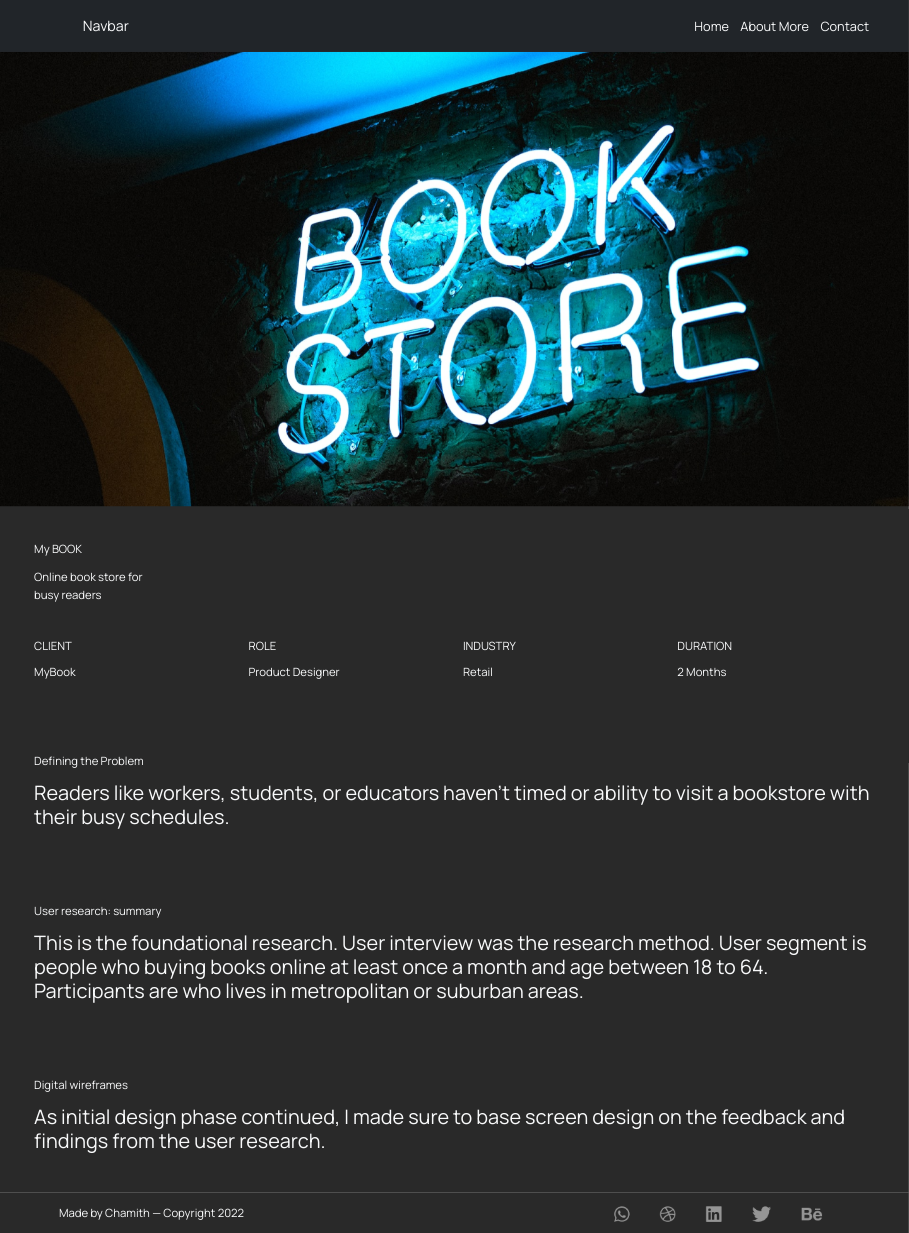
Repository: Realchamithweb/chamith-html
Page: work.html
An editor plug-in stored every save of this project. The page is shown before and after the next save, followed by the edit.
The browser window is 1280 px wide. The pictures show the whole page, at 71% of full size.

Above is the page before, as saved 2023-01-24 07:26:47.

### work.html
<!doctype html>
<html lang="en">
  <head>
    <!-- Required meta tags -->
    <meta charset="utf-8">
    <meta name="viewport" content="width=device-width, initial-scale=1">
    <link rel="stylesheet" href="/css/style.css">
    <!-- Bootstrap CSS -->
    <link href="https://cdn.jsdelivr.net/npm/bootstrap@5.0.2/dist/css/bootstrap.min.css" rel="stylesheet" integrity="sha384-EVSTQN3/azprG1Anm3QDgpJLIm9Nao0Yz1ztcQTwFspd3yD65VohhpuuCOmLASjC" crossorigin="anonymous">
    <link rel="stylesheet" href="https://fonts.googleapis.com/css?family=Manrope">
    <title>Hello, world!</title>
  </head>
  <body>
    <div class="main">
            <div class="head">
                <nav class="navbar navbar-expand-lg navbar-light bg-dark">
                    <div class="container-fluid">
                        <div class="col-md-1"></div>
                    <a class="navbar-brand col-md-8 text-light" href="/index.html">Navbar</a>
                    <button class="navbar-toggler" type="button" data-bs-toggle="collapse" data-bs-target="#navbarNavDropdown" aria-controls="navbarNavDropdown" aria-expanded="false" aria-label="Toggle navigation">
                        <span class="navbar-toggler-icon"></span>
                    </button>
                    <div class="collapse navbar-collapse" id="navbarNavDropdown">
                        <ul class="navbar-nav">
                        <li class="nav-item">
                            <a class="nav-link active text-light" aria-current="page" href="/index.html">Home</a>
                        </li>
                        <li class="nav-item">
                            <a class="nav-link text-light" href="/work.html">About More</a>
                        </li>
                        <li class="nav-item">
                            <a class="nav-link text-light" href="/contact.html">Contact</a>
                        </li>
                        </ul>
                    </div>
                    </div>
                </nav>
            </div>
            <section>
                <div class="row">
                    <img src="/inc/work-top.png" class="work-hero">
                </div>
            </section>
            <section>
                <div class="row">
                    <div class="container-fluid text-light ms-5 mt-5">
                        <p>My BOOK</p>
                        <h>Online book store for<br>
                            busy readers </h3>
                    </div>
                </div>
                <div class="row p-5">
                        <div class="col-lg-3 text-light">
                            <p>CLIENT</p>
                            <h6>MyBook</h6>
                        </div>
                        <div class="col-lg-3 text-light">
                            <p>ROLE</p>
                            <h6>Product Designer</h6>
                        </div>
                        <div class="col-lg-3 text-light">
                            <p>INDUSTRY</p>
                            <h6>Retail</h6>
                        </div>
                        <div class="col-lg-3 text-light">
                            <p>DURATION</p>
                            <h6>2 Months</h6>
                        </div>
                </div>
            </section>
            <section>
                <div class="row p-5">
                    <div class="col-lg-12 text-light">
                        <p>Defining the Problem</p>
                        <h3>Readers like workers, students, or educators haven't timed or ability to visit a bookstore with their busy schedules.</h3>
                    </div>
                </div>
            </section>
            <section>
                <div class="row p-5">
                    <div class="col-lg-12 text-light">
                        <p>User research: summary</p>
                        <h3>This is the foundational research. User interview was the research method. User segment is people who buying books online at least once a month and age between 18 to 64. Participants are who lives in metropolitan or suburban areas.</h3>
                    </div>
                </div>
            </section>
            <section>
                <div class="row p-5">
                    <div class="col-lg-12 text-light">
                        <p>Digital wireframes</p>
                        <h3>As initial design phase continued, I made sure to base screen design on the feedback and findings from the user research.</h3>
                    </div>
                </div>
            </section>
            <section>
                <div class="row bp-5">

                </div>
            </section>
            <section>
              <div class="footer">
                  <div class="container-fluid">
                      <div class="row">
                          <hr class="text-light">
                          <div class="col-lg-4 text-center text-light mb-3">Made by Chamith — Copyright 2022</div>
                          <div class="col-lg-4 mb-3"></div>
                          <div class="col-lg-4 mb-3"><img src="/inc/Icons.png" class="img02"></div>
                      </div>
                  </div>
              </div>
          </section>

  </div>


    <!-- Optional JavaScript; choose one of the two! -->

    <!-- Option 1: Bootstrap Bundle with Popper -->
    <script src="https://cdn.jsdelivr.net/npm/bootstrap@5.0.2/dist/js/bootstrap.bundle.min.js" integrity="sha384-MrcW6ZMFYlzcLA8Nl+NtUVF0sA7MsXsP1UyJoMp4YLEuNSfAP+JcXn/tWtIaxVXM" crossorigin="anonymous"></script>

    <!-- Option 2: Separate Popper and Bootstrap JS -->
    <!--
    <script src="https://cdn.jsdelivr.net/npm/@popperjs/core@2.9.2/dist/umd/popper.min.js" integrity="sha384-IQsoLXl5PILFhosVNubq5LC7Qb9DXgDA9i+tQ8Zj3iwWAwPtgFTxbJ8NT4GN1R8p" crossorigin="anonymous"></script>
    <script src="https://cdn.jsdelivr.net/npm/bootstrap@5.0.2/dist/js/bootstrap.min.js" integrity="sha384-cVKIPhGWiC2Al4u+LWgxfKTRIcfu0JTxR+EQDz/bgldoEyl4H0zUF0QKbrJ0EcQF" crossorigin="anonymous"></script>
    -->
  </body>
</html>

### css/style.css
.main{
    background-color: #292929;
    font-family: 'Manrope', serif;
    overflow-x: hidden;

}
.navbar{
    padding-top: 15px!important;
    padding-bottom: 15px!important;
}
.nav-link{
    font-size: 18px!important;
}
.hero{
    margin-top: 66px;
}

.hero-img{
    margin-top: 3em;
}

.hero-title{
    font-style: normal;
    font-weight: 400;
    font-size: 54px;
    line-height: 64px;
    margin-left: 96px;
}

.hero-text{
    font-style: normal;
    font-weight: 400;
    font-size: 20px;
    line-height: 30px;
    margin-left: 96px;
}

.hero-btn{
    margin-left: 96px;
}

.work-img:hover img{
        opacity: 0.5;
}

.work-img {
    position: relative;
  }

  .bg-color
  .work-img img {
    width: 100%;
    opacity: 1;
    transition: opacity 0.5s;
  }
.work-img .text {
    position: absolute;
    top: 50%;
    left: 50%;
    transform: translate(-50%, -50%);
    text-align: center;
    color: white;
  }

  .work-hero{
    width: 1440px;
    height: 640px;
    left: 0px;
    top: 0px;
  }
/*
.hero-title{
    position: absolute;
    width: 824px;
    height: 192px;
    left: 96px;
    top: 240px;

    font-family: 'Inter';
    font-style: normal;
    font-weight: 400;
    font-size: 54px;
    line-height: 64px;
    color: #000000;
}

.hero-text{
    position: absolute;
    width: 824px;
    height: 90px;
    left: 96px;
    top: 456px;

    font-family: 'Inter';
    font-style: normal;
    font-weight: 400;
    font-size: 20px;
    line-height: 30px;
    /* or 150% */
    /* color: #000000
}

.hero-btn{
    box-sizing: border-box;
    position: absolute;
    width: 341.57px;
    height: 57px;
    left: 96px;
    top: 634px;

    background: #FFFFFF;
    border: 1px solid #000000;
    border-radius: 4px;
}

.f-row{
    display: flex;
    flex-direction: row;
    justify-content: center;
    align-items: center;
    padding: 8px;
    gap: 32px;

    position: absolute;
    height: 48px;
    left: 96px;
    top: 836px;
}

.img00{
    display: flex;
    flex-direction: row;
    justify-content: center;
    align-items: center;
    padding: 8px;
    gap: 32px;

    position: absolute;
    width: 198px;
    height: 48px;
    left: 96px;
    top: 836px;

}

.img01{
    position: absolute;
    width: 612px;
    height: 888px;
    left: 96px;
    top: 964px;
    border-radius: 4px;
}

.img01:hover{
    background: linear-gradient(0deg, rgba(0, 0, 0, 0.6), rgba(0, 0, 0, 0.6)), url("/inc/Bookstore.png"), #292929;
}

.img02{
    position: absolute;
    width: 612px;
    height: 888px;
    left: 732px;
    top: 1102px;

    background: url(3ffea8135910975.Y3JvcCwxMDgwLDg0NCwwLDExNw.png), #292929;
    border-radius: 4px;
}  */

After the next save:
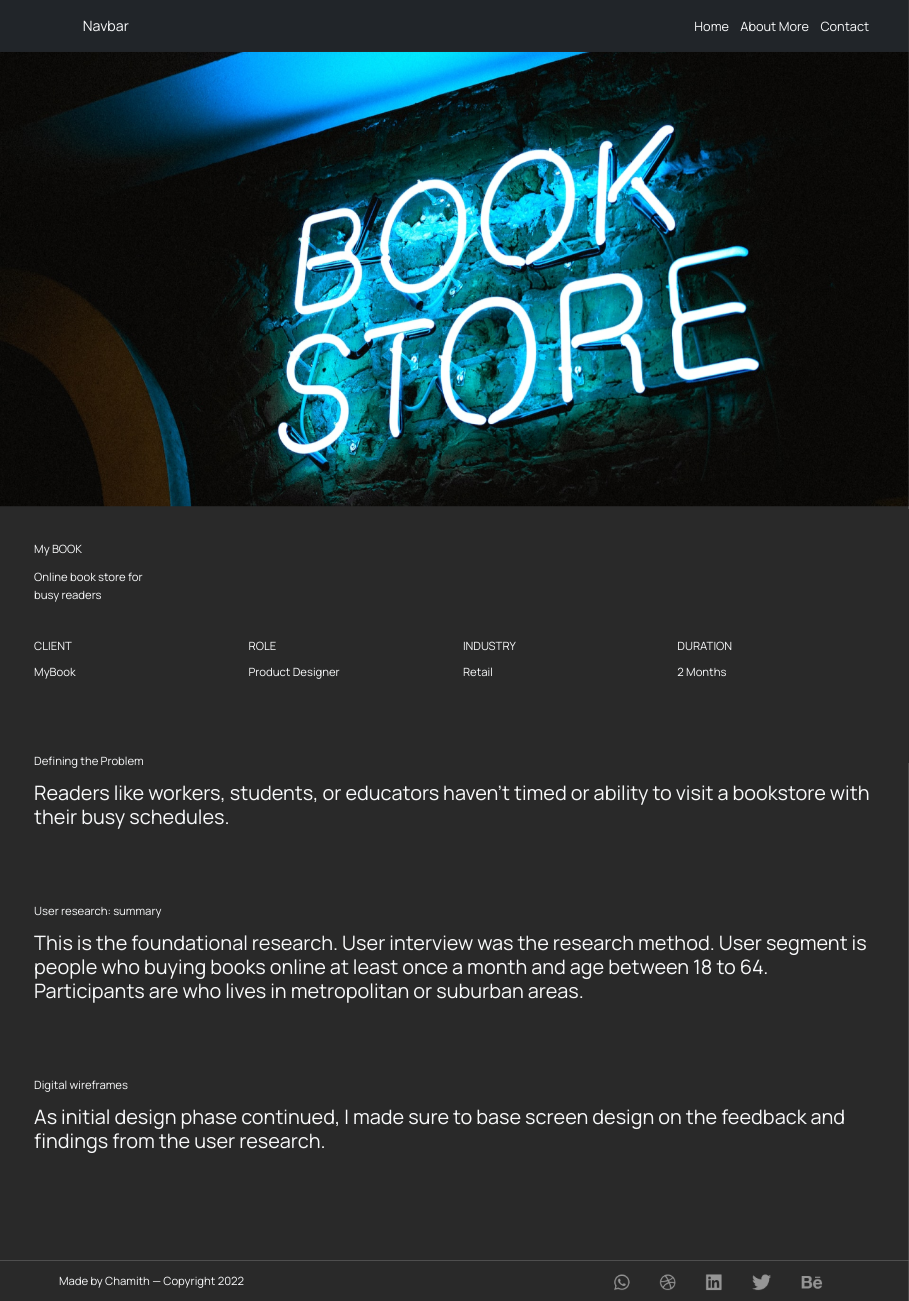
Saved 4 s later.
--- a/work.html
+++ b/work.html
@@ -93,7 +93,7 @@
                 </div>
             </section>
             <section>
-                <div class="row bp-5">
+                <div class="row p-5">
 
                 </div>
             </section>
